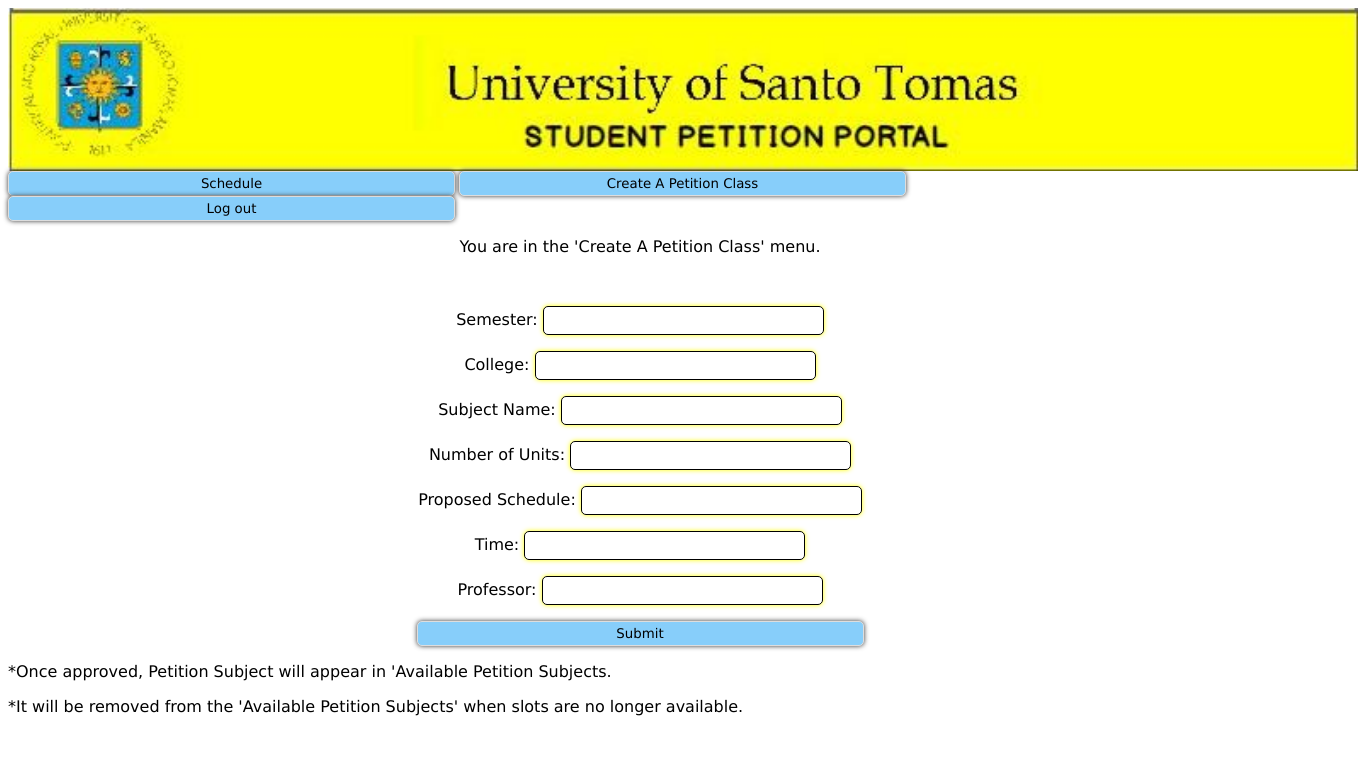
Repository: mawewatistel/PetitioningSystem
Page: http://localhost/SibuloTolentino/create.jsp
These files come from the project's save history. The page is drawn as it stood at one moment and after the next save; the edit follows.
The browser window is 1280 px wide. The page is 1358 px wide, then 1280 px, so the pictures cover 1358 px, including what lies to the right of the window. The pictures show the whole page.
The page is served by Tomcat 9.

Above is the page before, as saved 2016-05-10 04:22:00.

### SibuloTolentino/WebContent/create.jsp
<%@ page language="java" contentType="text/html; charset=ISO-8859-1"
    pageEncoding="ISO-8859-1"%>
<!DOCTYPE html PUBLIC "-//W3C//DTD HTML 4.01 Transitional//EN" "http://www.w3.org/TR/html4/loose.dtd">
<html>
<head>
<meta http-equiv="Content-Type" content="text/html; charset=ISO-8859-1">
<title>Petition class</title>
</head>
<body>
<form action ="petitionclasssubmit.jsp" method = "post">
<img src ="Images/ust.JPG" alt = "Missing Image!=" width = 1350 height= ><br>
<form><input type="submit" name="one" value="Schedule"/>
	<input type="submit" name="two"
			value="Create A Petition Class" >
<input type="submit"  name="three"value="Log out"></form>
<% if (request.getParameter("one") != null) {
    response.sendRedirect("home.jsp");
}
else if (request.getParameter("two") != null) {
    response.sendRedirect("create.jsp");
}
else if (request.getParameter("three") != null) {
    response.sendRedirect("index.jsp");
}
else if (request.getParameter("four") != null) {
    response.sendRedirect("petitionclasssubmit.jsp");
} %>

<center><p>You are in the 'Create A Petition Class' menu.</p></center></br>
<center><p>Semester: <input type="text" name="sem"/></p></center>
<center><p>College: <input type="text" name="college"/></p></center>
<center><p>Subject Name: <input type="text" name="subname"/></p></center>
<center><p>Number of Units: <input type="text" name="units"/></p></center>
<center><p>Proposed Schedule: <input type="text" name="propsched"/></p></center>
<center><p>Time: <input type="text" name="time"/></p></center>
<center><p>Professor: <input type="text" name="prof"/></p></center>
<center><form><input type="submit" name="four" value="Submit"/></center></form>
<p>*Once approved, Petition Subject will appear in 'Available Petition Subjects.</p>
<p>*It will be removed from the 'Available Petition Subjects' when slots are no longer available.</p><br><br>
<style>
h1 {
	font-family: consolas;
	font-size: 300%;
	color: blue;
}

h2 {
	font-family: calibri;
}

input[type="submit"] {
	background: #87CEFA;
	border: 1px double #DDD;
	border-radius: 5px;
	box-shadow: 0 0 5px #333;
	color:;
	outline: none;
	height: 25px;
	width: 447px;
	font-family: "verdana";
	font-color: black;
}

p {
	font-family: "verdana";
}

input[type="text"] {
	background: white;
	border: 1px double black;
	border-radius: 5px;
	box-shadow: 0 0 5px yellow;
	color: black;
	outline: center;
	height: 25px;
	width: 275px;
	font-family: "verdana";
}
</style>
</body>
</html>

After the next save:
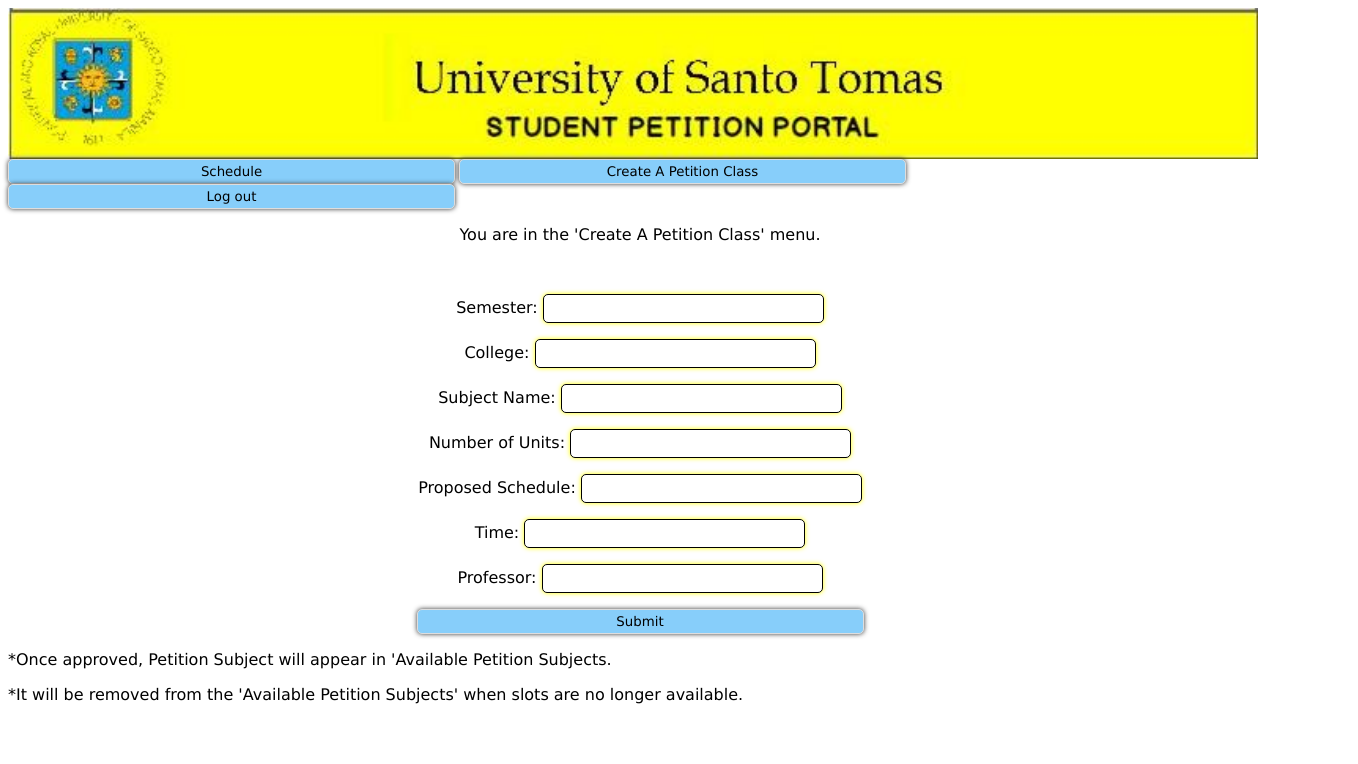
Saved 98 s later.
--- a/SibuloTolentino/WebContent/create.jsp
+++ b/SibuloTolentino/WebContent/create.jsp
@@ -8,7 +8,7 @@
 </head>
 <body>
 <form action ="petitionclasssubmit.jsp" method = "post">
-<img src ="Images/ust.JPG" alt = "Missing Image!=" width = 1350 height= ><br>
+<img src ="Images/ust.JPG" alt = "Missing Image!=" width = 1250 height= ><br>
 <form><input type="submit" name="one" value="Schedule"/>
 	<input type="submit" name="two"
 			value="Create A Petition Class" >
